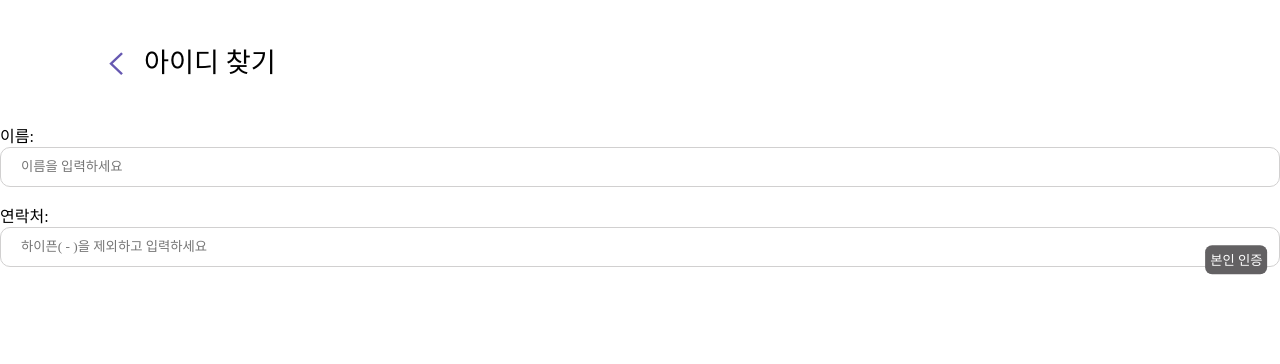
Repository: PEPI-dev/UI
Page: find_id_pw/findId.html
The author's editor kept a copy of each file at every save. The page is drawn from the files as they stood at one save, then again after the next save.
The browser window is 1280 px wide. The pictures show the whole page.
Some web fonts or font styles are not loaded; a fallback is used.

Above is the page before, as saved 2023-12-05 16:34:59.

After the next save:
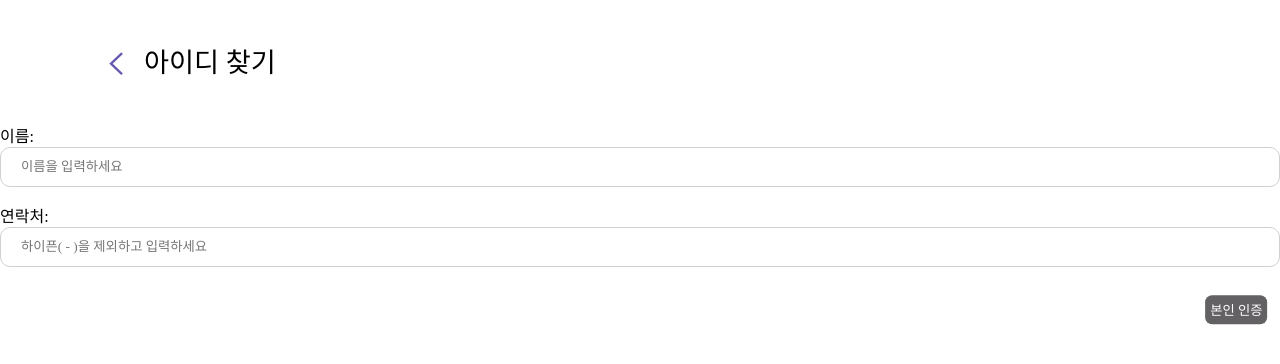
Saved 4 s later.
--- a/find_id_pw/findid.css
+++ b/find_id_pw/findid.css
@@ -9,6 +9,6 @@
     position: absolute;
     padding: 5px;
     position: absolute;
-    margin-bottom: 50px;
+    margin-top: 50px;
     transform: translate(-120%, 63%);
 }
